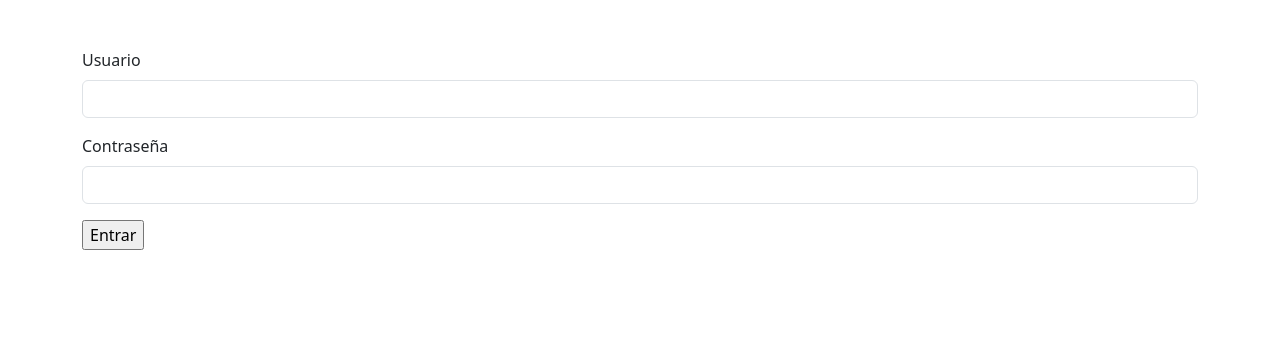
Repository: ingandresmolero/AdministrativoBarber
Page: http://localhost/
An editor plug-in stored every save of this project. The page is shown before and after the next save, followed by the edit.
The browser window is 1280 px wide. The pictures show the whole page.
The page is run by PHP 8.4 with error messages shown; the project is at /var/www/html/.

Above is the page before, as saved 2023-04-25 21:00:39.

### NEW/index.php
<?php include('php/login.php'); ?>
<!DOCTYPE html>
<html lang="es">

<head>
    <meta charset="UTF-8">
    <meta http-equiv="X-UA-Compatible" content="IE=edge">
    <meta name="viewport" content="width=device-width, initial-scale=1.0">
    <link href="https://cdn.jsdelivr.net/npm/bootstrap@5.3.0-alpha3/dist/css/bootstrap.min.css" rel="stylesheet" integrity="sha384-KK94CHFLLe+nY2dmCWGMq91rCGa5gtU4mk92HdvYe+M/SXH301p5ILy+dN9+nJOZ" crossorigin="anonymous">
    <title>System</title>
</head>

<body>


    <section class="container mt-5">
        <form action="" method="post">

                <div class="mb-3 user">
                    <label for="exampleInputEmail1" class="form-label">Usuario</label>
                    <input type="text" class="form-control" name="usuario" id="exampleInputEmail1" aria-describedby="emailHelp">

                </div>
                <div class="mb-3 password">
                    <label for="exampleInputPassword1" class="form-label">Contraseña</label>
                    <input type="password" class="form-control" name="passw" id="exampleInputPassword1">
                </div>

                <p><input type="submit" name="login" value="Entrar"></p>
        </form>
    </section>
    <script src="https://cdn.jsdelivr.net/npm/bootstrap@5.3.0-alpha3/dist/js/bootstrap.bundle.min.js" integrity="sha384-ENjdO4Dr2bkBIFxQpeoTz1HIcje39Wm4jDKdf19U8gI4ddQ3GYNS7NTKfAdVQSZe" crossorigin="anonymous"></script>
</body>

</html>

### NEW/php/login.php
<?php


  include("dbconn.php");
  session_start();
  if(isset($_POST["login"])){

    if($_POST["usuario"]== "" or $_POST["passw"]==""){
        echo "<center><h1>Usuario y contrasena no deben estar vacios</h1></center>";

}else{
    $username =$_POST["usuario"];
    $passw=$_POST["passw"];
    $query=$conn->prepare("SELECT * FROM usuarios WHERE user='$username' and passw='$passw'");
    $query -> execute();
    $control=$query ->fetch();

    if($control>0){
        $rol = $control['rol'];
        $_SESSION["username"]=$username;
        $_SESSION["rol"] =$rol;
        header("Location:views/dashboard.php");

    }
    echo "<center><h1>Algun dato incorrecto.</h1></center>";
  }

}
?>

### NEW/php/dbconn.php
<?php
try{
    $user = "root";
    $passw = "";
    $conn=new PDO("mysql:host=localhost;dbname=gestionsys",$user,$passw);

}catch(PDOException $e){
    print "Error!: " . $e->getMessage()."<br/>";
    die();
}


?>

After the next save:
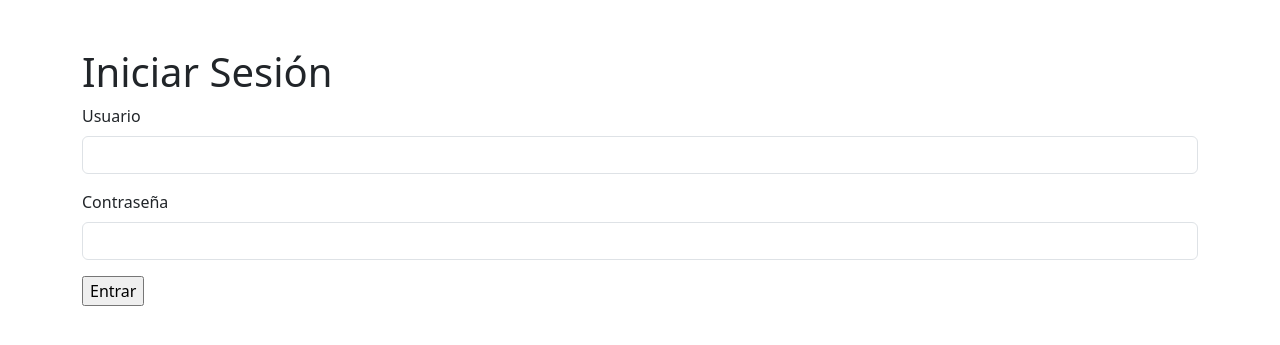
Saved 96 s later.
--- a/NEW/index.php
+++ b/NEW/index.php
@@ -14,6 +14,7 @@
 
 
     <section class="container mt-5">
+        <h1 class="page-heading">Iniciar Sesión</h1>
         <form action="" method="post">
 
                 <div class="mb-3 user">
